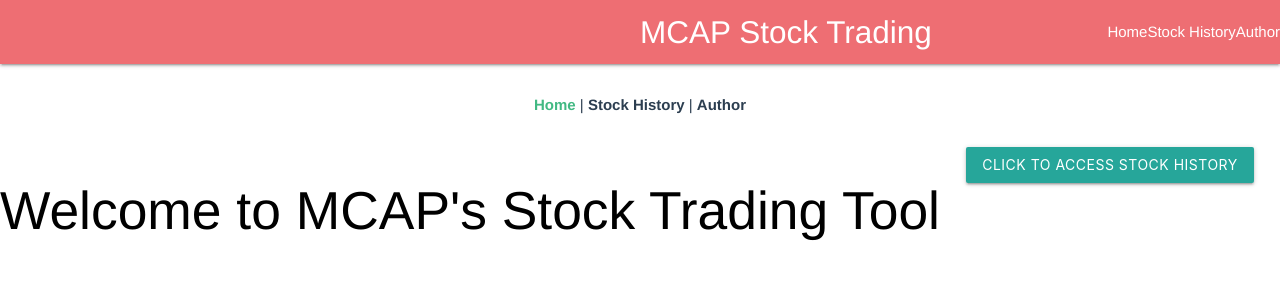
Repository: pandyarudra/stock-symbol-app
Page: /
These files come from the project's save history. The page is drawn as it stood at one moment and after the next save; the edit follows.
The browser window is 1280 px wide. The pictures show the whole page.
The project was rebuilt for these pictures with package versions that can differ from the ones it lists, and the page was loaded fresh each time.

Above is the page before, as saved 2020-09-14 22:11:55.

### src/main.js
import Vue from 'vue';
import App from './App.vue';
import router from './router';
import 'materialize-css';
import 'materialize-css/dist/css/materialize.min.css';

Vue.config.productionTip = false;

new Vue({
  router,
  render: h => h(App)
}).$mount('#app');

### src/App.vue
<template>
  <div id="app">
    <TopNav />
    <div id="nav">
      <router-link to="/">Home</router-link> |
      <router-link to="/stockHistory">Stock History</router-link> |
      <router-link to="/about">Author</router-link>
    </div>
    <router-view/>
  </div>
</template>


<script>
import M from 'materialize-css';
import TopNav from '@/components/TopNav.vue'

export default {
  mounted() {
    M.AutoInit();
  },
  components: {
    TopNav
  }
}
</script>

<style lang="scss">

  // $primary-color: color("materialize-red", "lighten-2") !default;
  // $primary-color-light: false !default;
  // $primary-color-dark: false !default;
  // @if not $primary-color-light {
  //   $primary-color-light: lighten($primary-color, 15%);
  // }
  // @if not $primary-color-dark {
  //   $primary-color-dark: darken($primary-color, 15%);
  // }
  // $secondary-color: color("teal", "lighten-1") !default;
  // $success-color: color("green", "base") !default;
  // $error-color: color("red", "base") !default;
  // $link-color: color("light-blue", "darken-1") !default;

#app {

  font-family: Avenir, Helvetica, Arial, sans-serif;
  -webkit-font-smoothing: antialiased;
  -moz-osx-font-smoothing: grayscale;
  text-align: center;
  color: #2c3e50;
}

#nav {
  padding: 30px;

  a {
    font-weight: bold;
    color: #2c3e50;

    &.router-link-exact-active {
      color: #42b983;
    }
  }
}
</style>

### src/router/index.js
import Vue from 'vue'
import VueRouter from 'vue-router'

Vue.use(VueRouter)

const routes = [
  {
    path: '/',
    name: 'WelcomePage',
    component: () => import(/* webpackChunkName: "about" */ '../views/WelcomePage.vue')
  },
  {
    path: '/about',
    name: 'About',
    // route level code-splitting
    // this generates a separate chunk (about.[hash].js) for this route
    // which is lazy-loaded when the route is visited.
    component: () => import(/* webpackChunkName: "about" */ '../views/About.vue')
  }
]

const router = new VueRouter({
  routes
})

export default router

### src/components/TopNav.vue
<template>
     <nav>
    <div class="nav-wrapper">
      <a href="#" class="brand-logo">MCAP Stock Trading</a>
      <ul id="nav-mobile" class="right hide-on-med-and-down">
        <router-link to="/" tag="li">Home</router-link>
        <router-link to="/stockHistory" tag="li">Stock History</router-link>
        <router-link to="/author" tag="li">Author</router-link>
        <!-- <router-link to="/foo" tag="li">Rudra</router-link> -->

      </ul>
    </div>
  </nav>
</template>

### src/views/WelcomePage.vue
<template>
<div class="col">
    <h2 class="left">Welcome to MCAP's Stock Trading Tool
    </h2>
    <button class="btn">Click to Access Stock History</button>
</div>
</template>


<script>
export default {
  name: 'WelcomePage',
  props: {
    msg: String
  }
}
</script>

<!-- Add "scoped" attribute to limit CSS to this component only -->
<style scoped lang="scss">
  div {
      color: black;
      text-align: center;
  }
</style>

Loaded but not shown: public/index.html (common file)

After the next save:
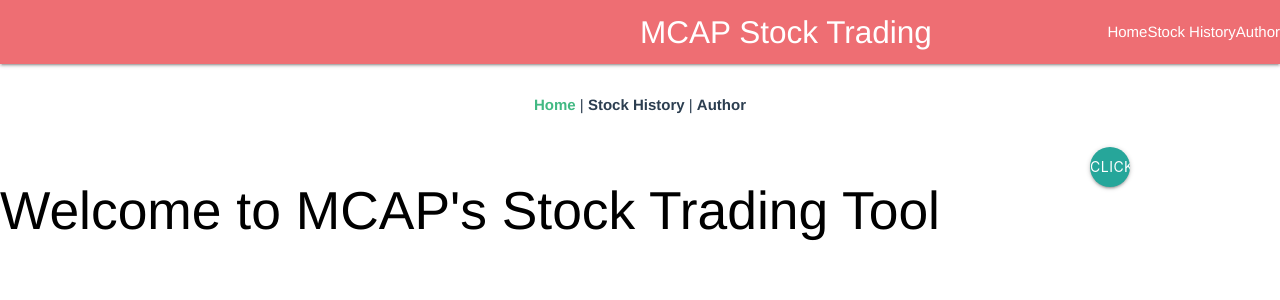
Saved 86 s later.
--- a/src/views/WelcomePage.vue
+++ b/src/views/WelcomePage.vue
@@ -2,7 +2,7 @@
 <div class="col">
     <h2 class="left">Welcome to MCAP's Stock Trading Tool
     </h2>
-    <button class="btn">Click to Access Stock History</button>
+    <button class="btn btn-floating">Click to Access Stock History</button>
 </div>
 </template>
 

After the save that followed:
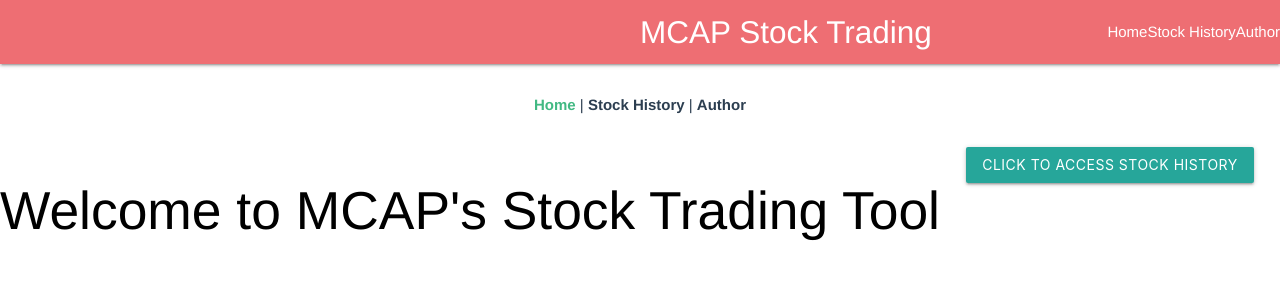
Saved 13 s later.
--- a/src/views/WelcomePage.vue
+++ b/src/views/WelcomePage.vue
@@ -2,7 +2,7 @@
 <div class="col">
     <h2 class="left">Welcome to MCAP's Stock Trading Tool
     </h2>
-    <button class="btn btn-floating">Click to Access Stock History</button>
+    <button class="btn">Click to Access Stock History</button>
 </div>
 </template>
 
